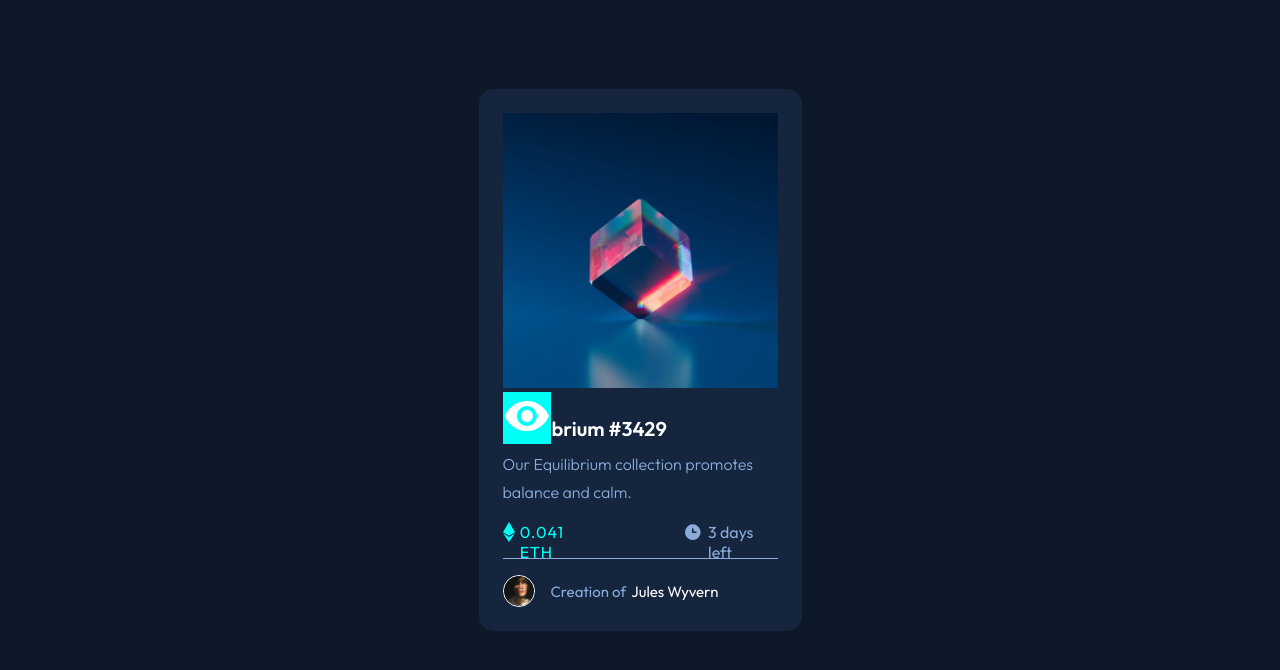
Repository: VAL1DOL-web/fm-NFT-preview-card-component
Page: index.html
The author's editor kept a copy of each file at every save. The page is drawn from the files as they stood at one save, then again after the next save.
The browser window is 1280 px wide. The pictures show the whole page.

Above is the page before, as saved 2024-01-07 15:57:51.

After the next save:
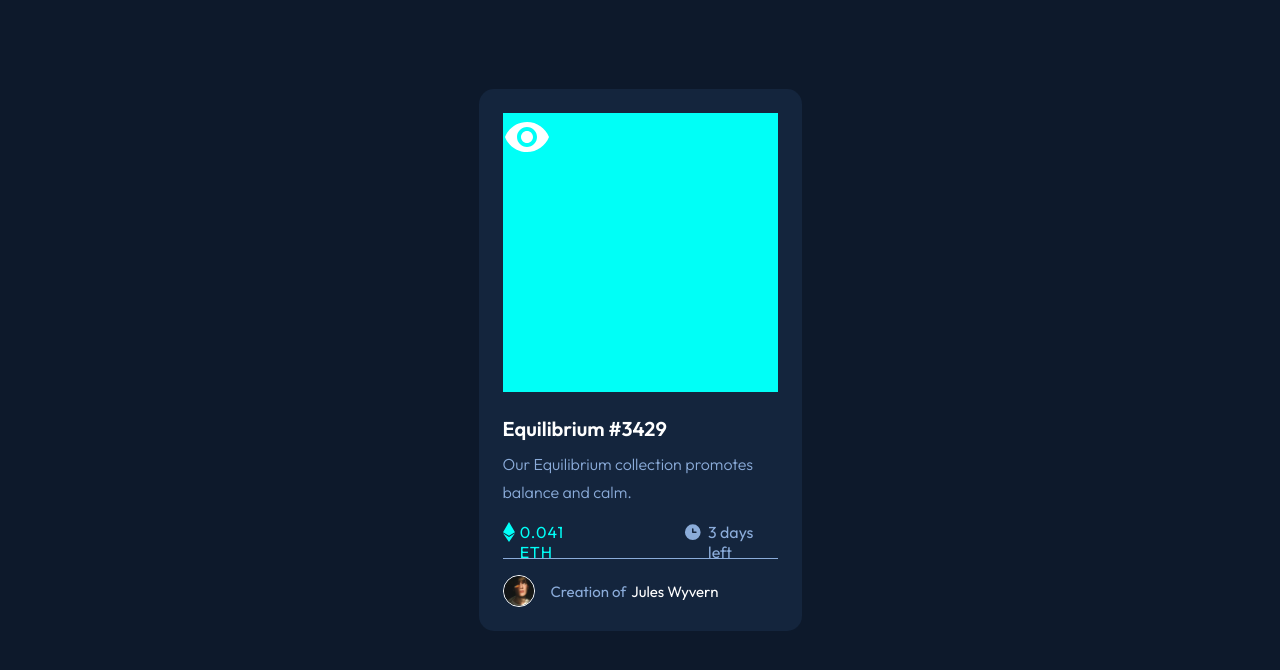
Saved 20 s later.
--- a/style.css
+++ b/style.css
@@ -26,6 +26,9 @@ body {
 .image div {
     position: absolute;
     background-color: hsl(178, 100%, 50%);
+    top: 0;
+    width: 100%;
+    height: 100%;
 }
 .mainImg {
     width: 100%;
